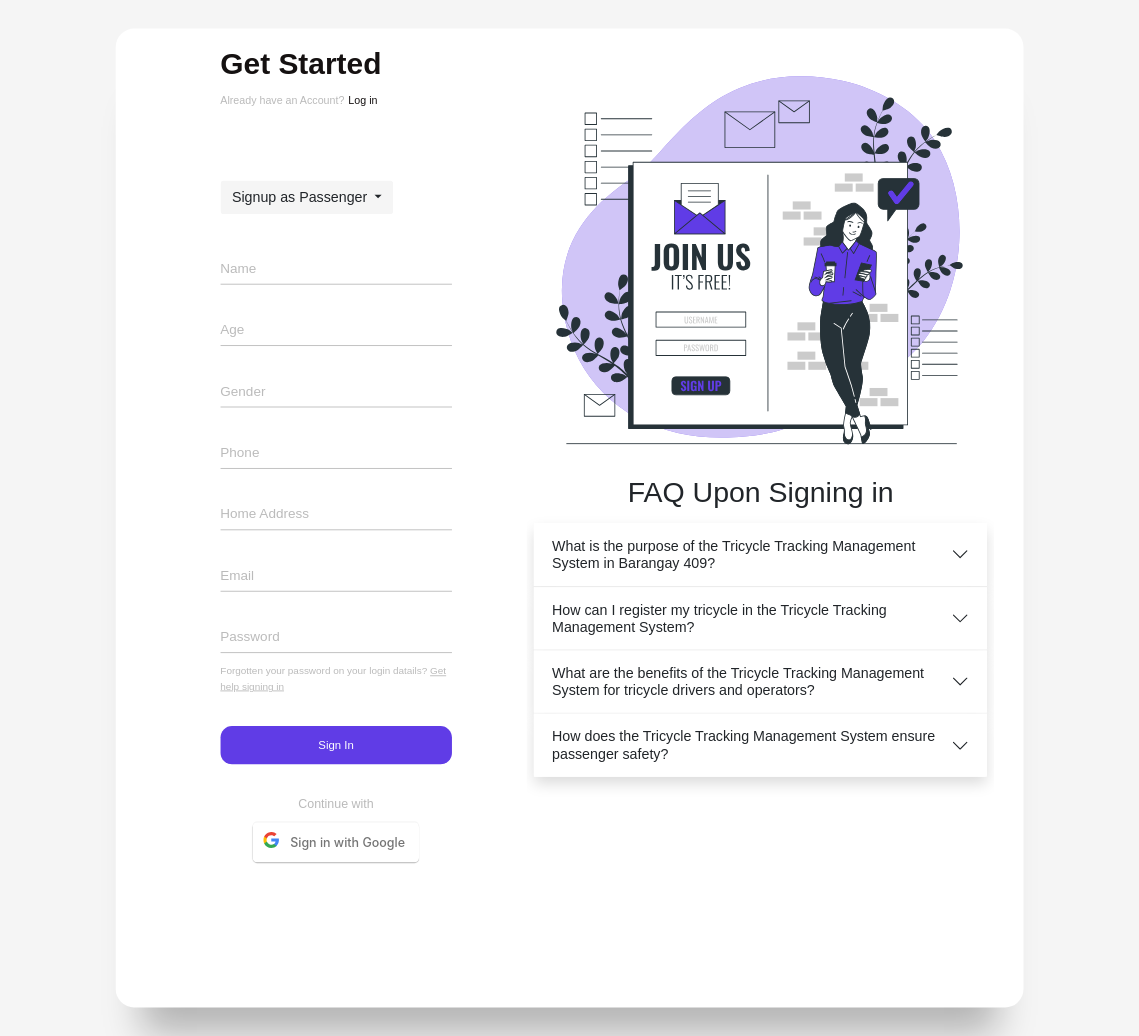
Repository: adrcstro/plate-to-place
Page: http://localhost/Loginsystem/Passenger.php
An editor plug-in stored every save of this project. The page is shown before and after the next save, followed by the edit.
The browser window is 1280 px wide. The pictures show the whole page, at 89% of full size.
Some web fonts or font styles are not loaded; a fallback is used. Some web libraries are served in a nearby version. The page is run by PHP 8.4 with error messages shown; the project is at /var/www/html/.

Above is the page before, as saved 2023-10-31 15:39:57.

After the next save:
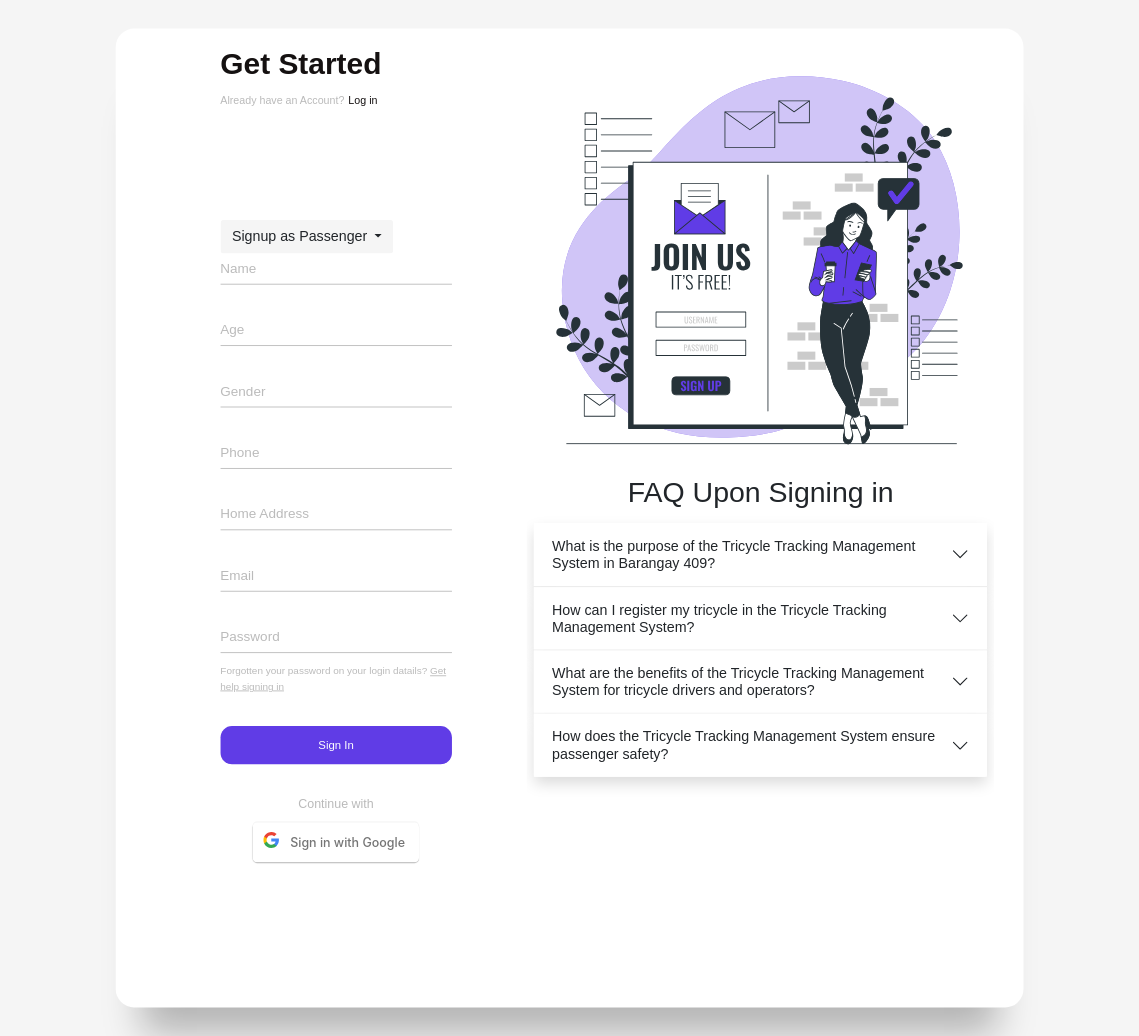
Saved 16 s later.
--- a/Loginsystem/passenger.css
+++ b/Loginsystem/passenger.css
@@ -371,7 +371,7 @@ margin-top: -4rem;
 }
 .dropdown{
   position: relative; /* or any other position value that suits your layout */
-  top: 20px;
+  top: 4rem;
 }
 .actual-form{
   margin-top: -6rem;
